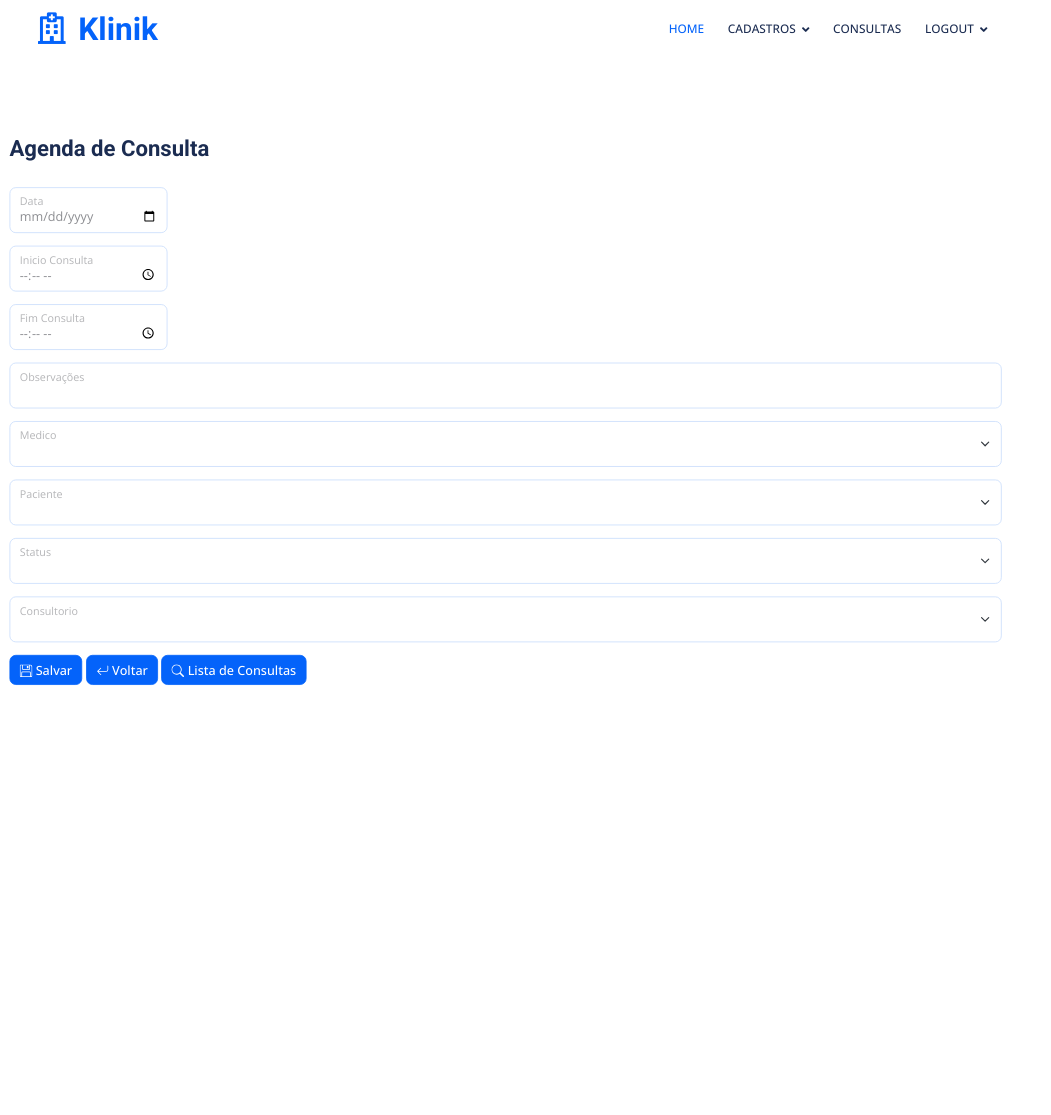
Repository: henrickrufino91/AgendaConsultas
Page: http://localhost/consulta/novaConsulta
An editor plug-in stored every save of this project. The page is shown before and after the next save, followed by the edit.
The browser window is 1280 px wide. The page is 1331 px wide, so the pictures cover 1331 px, including what lies to the right of the window. The pictures show the whole page, at 79% of full size.
Some web libraries are served in a nearby version. The page is this project's Thymeleaf template; nobody is signed in. The template is opened directly, without the code that normally fills it, so the values that code supplies are empty.

Above is the page before, as saved 2024-12-27 03:48:54.

After the next save:
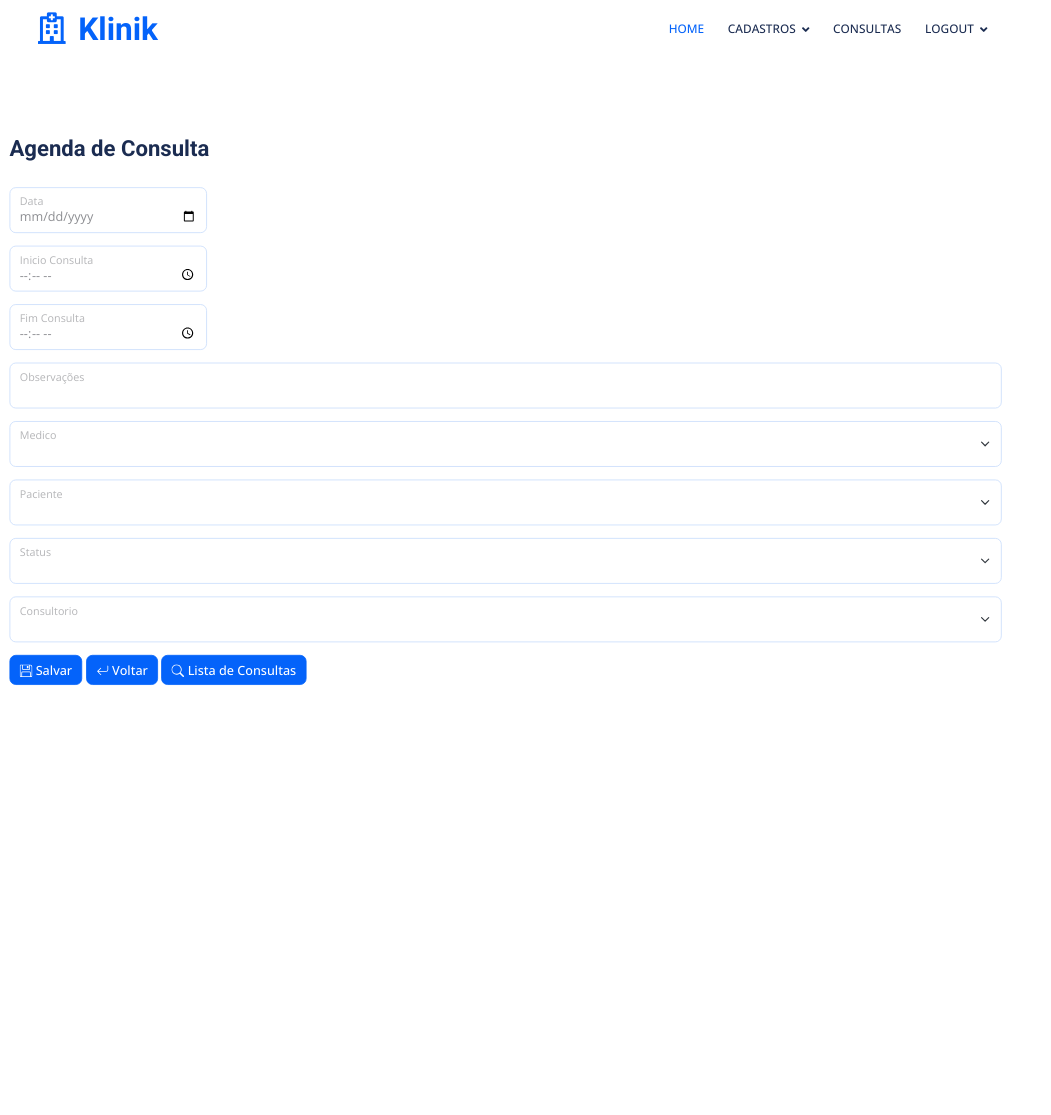
Saved 11 s later.
--- a/clinica/src/main/resources/templates/consulta/novaConsulta.html
+++ b/clinica/src/main/resources/templates/consulta/novaConsulta.html
@@ -111,7 +111,7 @@
 
 											<br>
 
-											<div style="width: 200px">
+											<div style="width: 250px">
 
                                             <div class="form-floating mb-3" id="a1">
                                                 <input class="form-control" th:field="*{dataConsulta}" id="inputEmail" type="date" />
